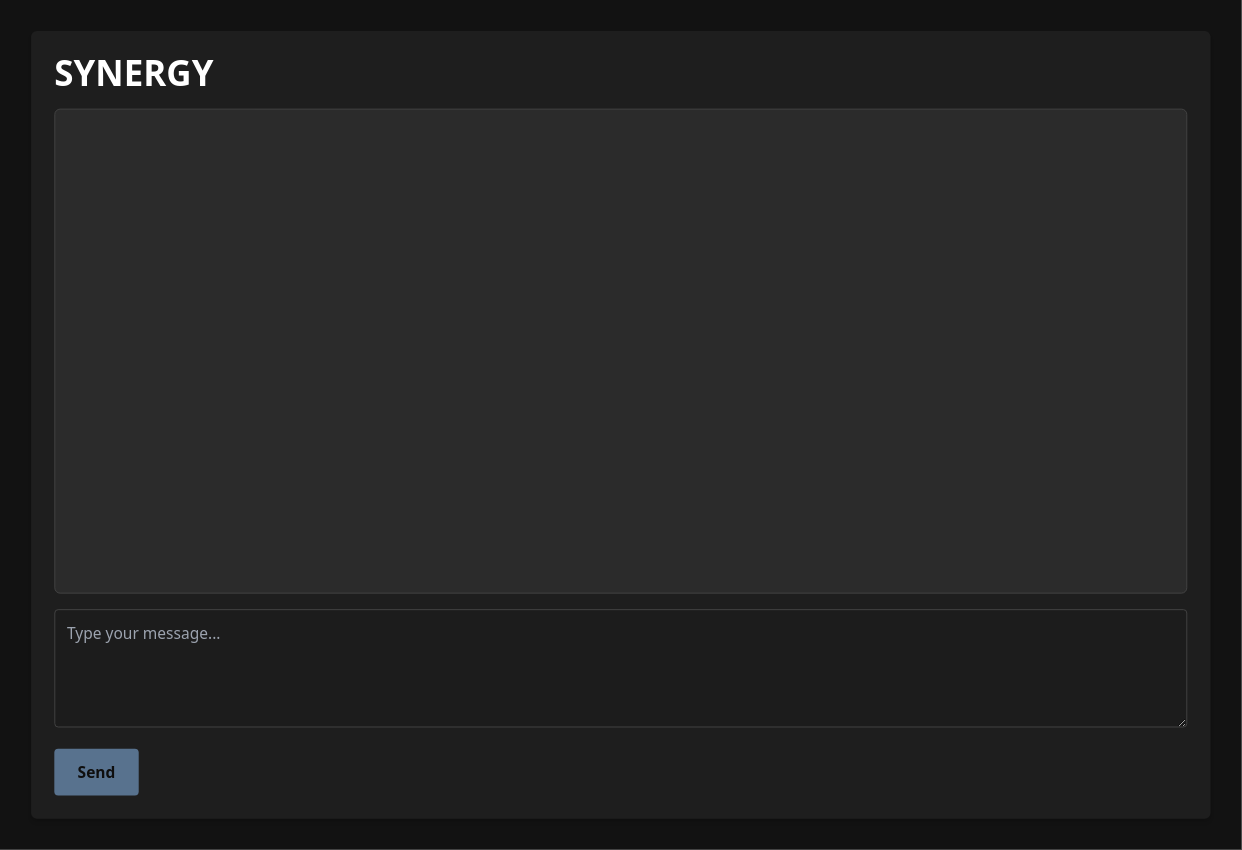
Repository: Theanh0410/Pre-thesis
Page: / (app in LLM/client/)
The author's editor kept a copy of each file at every save. The page is drawn from the files as they stood at one save, then again after the next save.
The browser window is 1280 px wide. The pictures show the whole page, at 97% of full size.
The project was rebuilt for these pictures with package versions that can differ from the ones it lists, and the page was loaded fresh each time. The framework's server and built-in components were replaced by stand-ins that run in the browser. Also part of the build but not shown: LLM/client/next.config.js, LLM/client/next.config.mjs.

Above is the page before, as saved 2025-04-16 18:04:31.

### LLM/client/pages/_app.js
import "../styles/global.css"
export default function App({ Component, pageProps }) {
  return <Component {...pageProps} />;
}

### LLM/client/pages/index.js
import { useState } from 'react';

export default function ChatApp() {
  const [prompt, setPrompt] = useState('');
  const [messages, setMessages] = useState([]);
  const [loading, setLoading] = useState(false);
  const [sidebarCollapsed, setSidebarCollapsed] = useState(false);

  const sendPrompt = async () => {
    if (!prompt.trim()) return;

    const userMsg = { role: 'user', text: prompt };
    setMessages(prev => [...prev, userMsg]);
    setPrompt('');
    setLoading(true);

    try {
      const res = await fetch('/api/chat', {
        method: 'POST',
        headers: { 'Content-Type': 'application/json' },
        body: JSON.stringify({ prompt: userMsg.text }),
      });

      if (!res.ok || !res.body) {
        throw new Error(`HTTP error: ${res.status}`);
      }

      let botMsg = { role: 'bot', text: '' };
      setMessages(prev => [...prev, botMsg]);

      const reader = res.body.getReader();
      const decoder = new TextDecoder();

      while (true) {
        const { done, value } = await reader.read();
        if (done) break;

        const chunk = decoder.decode(value);
        botMsg = { ...botMsg, text: botMsg.text + chunk };
        setMessages(prev => [...prev.slice(0, -1), botMsg]);
      }
    } catch (err) {
      console.error(err);
      setMessages(prev => [
        ...prev.slice(0, -1),
        { role: 'bot', text: `Error: ${err.message}` },
      ]);
    } finally {
      setLoading(false);
    }
  };

  return (
    <main className="min-h-screen p-8 bg-[#121212] text-[#e0e0e0] font-sans">
      <div className="max-w-[1300px] mx-auto bg-[#1e1e1e] p-6 rounded-md shadow-md">
        <h1 className="text-4xl text-white mb-4 font-semibold">SYNERGY</h1>

        <div className="h-[500px] overflow-y-auto bg-[#2b2b2b] border border-[#444] rounded-md p-4 mb-4">
          {messages.map((msg, idx) => (
            <div
              key={idx}
              className={`mb-3 whitespace-pre-wrap break-words ${
                msg.role === 'user' ? 'text-blue-300' : 'text-green-300'
              }`}
            >
              <strong>{msg.role === 'user' ? 'You' : 'SYNERGY'}:</strong> {msg.text}
            </div>
          ))}
          {loading && (
            <div className="italic text-gray-400">SYNERGY is typing...</div>
          )}
        </div>

        <textarea
          className="w-full p-3 border border-[#444] rounded resize-y bg-[#1c1c1c] text-white mb-4"
          rows={4}
          value={prompt}
          onChange={(e) => setPrompt(e.target.value)}
          placeholder="Type your message..."
          onKeyDown={(e) => {
            if (e.key === 'Enter' && !e.shiftKey) {
              e.preventDefault();
              sendPrompt();
            }
          }}
        />

        <button
          className="px-6 py-3 bg-blue-300 text-black font-bold rounded disabled:opacity-50 hover:bg-blue-400 transition"
          onClick={sendPrompt}
          disabled={loading || !prompt.trim()}
        >
          {loading ? 'Thinking...' : 'Send'}
        </button>
      </div>
    </main>

  );
}

Loaded but not shown: LLM/client/pages/_document.js (common file); LLM/client/styles/global.css (common file); LLM/client/tailwind.config.js (common file)

After the next save:
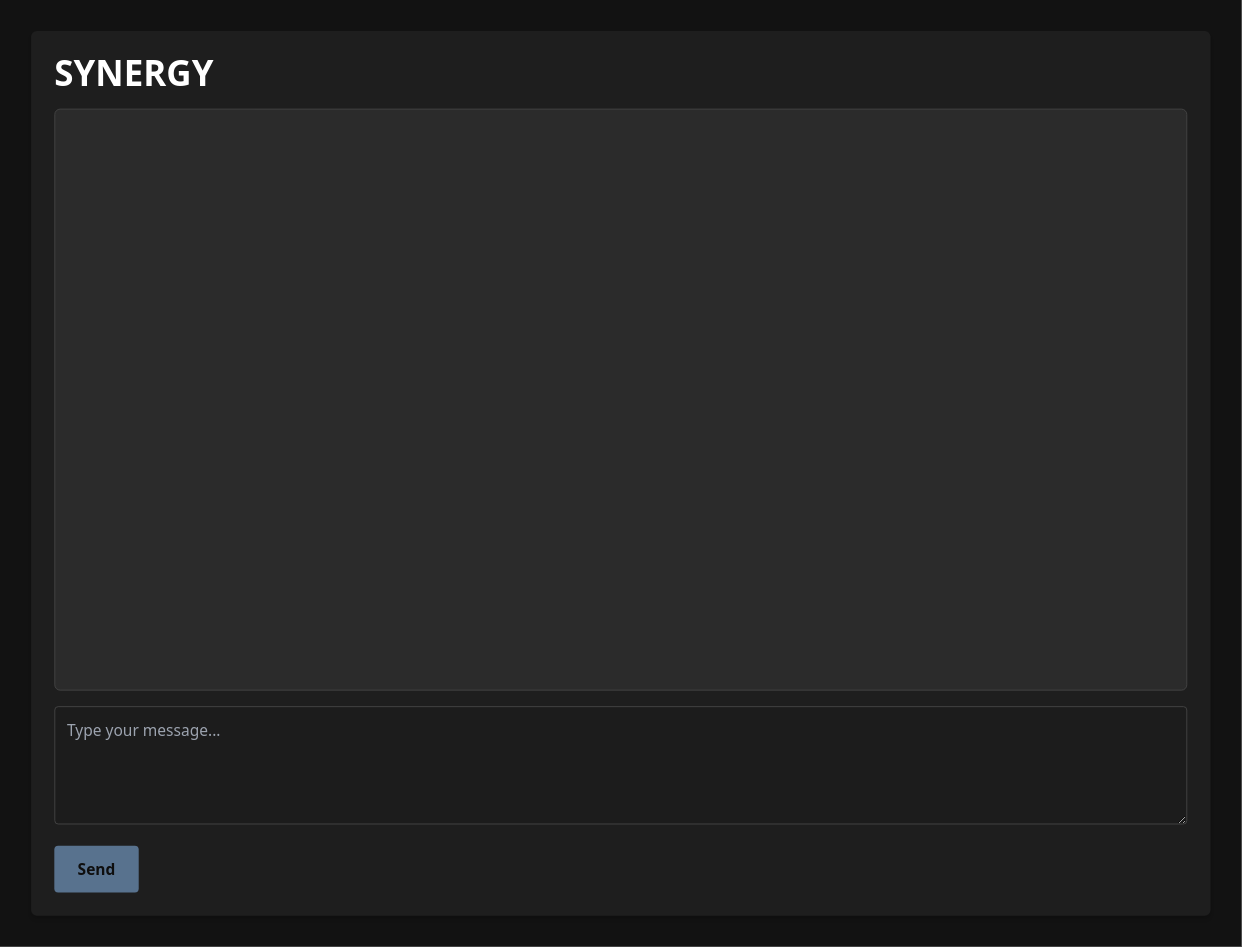
Saved 5 s later.
--- a/LLM/client/pages/index.js
+++ b/LLM/client/pages/index.js
@@ -55,7 +55,7 @@ export default function ChatApp() {
       <div className="max-w-[1300px] mx-auto bg-[#1e1e1e] p-6 rounded-md shadow-md">
         <h1 className="text-4xl text-white mb-4 font-semibold">SYNERGY</h1>
 
-        <div className="h-[500px] overflow-y-auto bg-[#2b2b2b] border border-[#444] rounded-md p-4 mb-4">
+        <div className="h-[600px] overflow-y-auto bg-[#2b2b2b] border border-[#444] rounded-md p-4 mb-4">
           {messages.map((msg, idx) => (
             <div
               key={idx}
